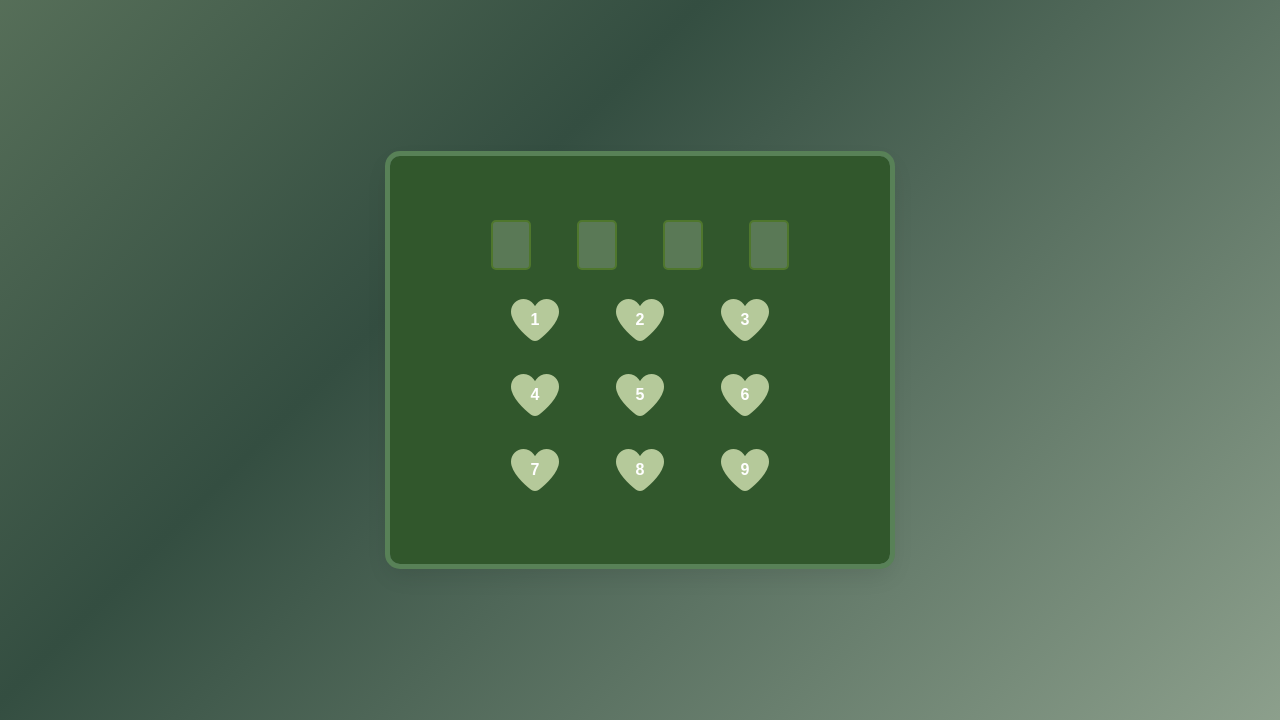
Repository: jahatesu/project-cutie
Page: index.html
The author's editor kept a copy of each file at every save. The page is drawn from the files as they stood at one save, then again after the next save.
The browser window is 1280 px wide. The pictures show the whole page.
Some web libraries are served in a nearby version.

Above is the page before, as saved 2025-08-14 23:50:13.
Console error: TypeError: Cannot read properties of null (reading 'getBoundingClientRect')

After the next save:
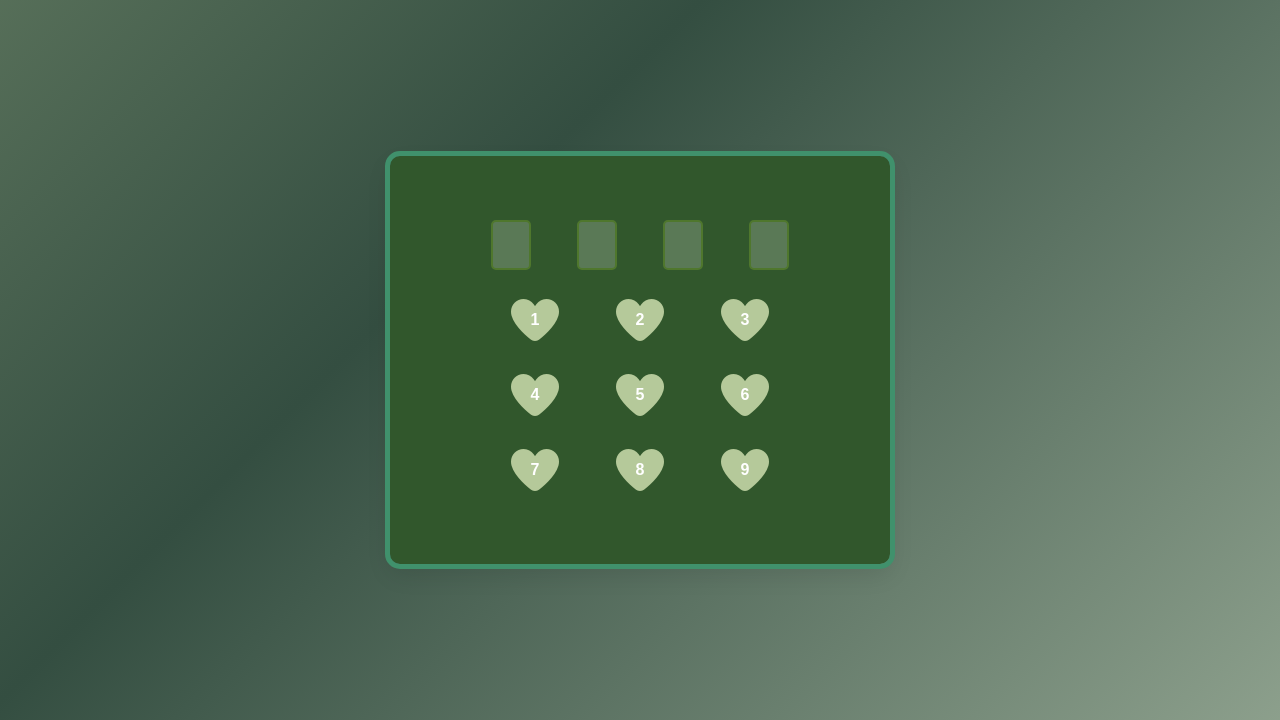
Saved 13 s later.
--- a/style.css
+++ b/style.css
@@ -54,7 +54,7 @@ body {
     box-shadow: 0 10px 25px rgba(0,0,0,0.1);
     flex-direction: column;
     text-align: center;
-    outline: 5px solid #588157;
+    outline: 5px solid #40916c;
 }
 
 .pin-display{
